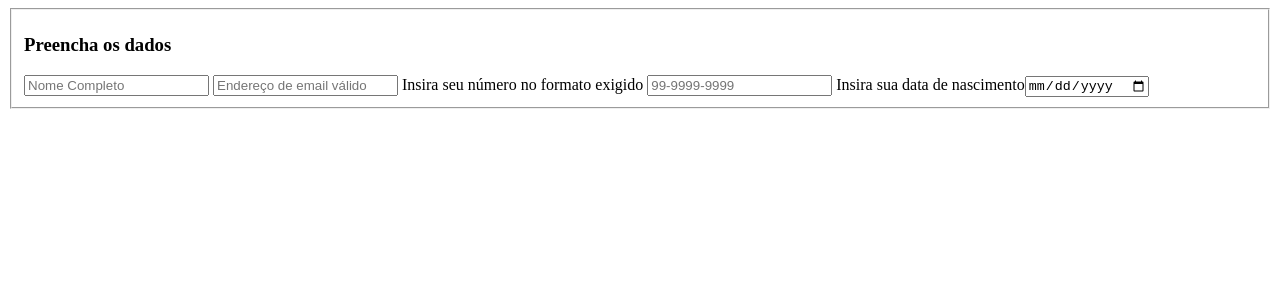
Repository: Leonngc/DEV-COLLEGE
Page: registration.html
These files come from the project's save history. The page is drawn as it stood at one moment and after a run of saves; the edit follows.
The browser window is 1280 px wide. The pictures show the whole page.

Above is the page before, as saved 2023-03-12 13:25:38.

After the next 2 saves:
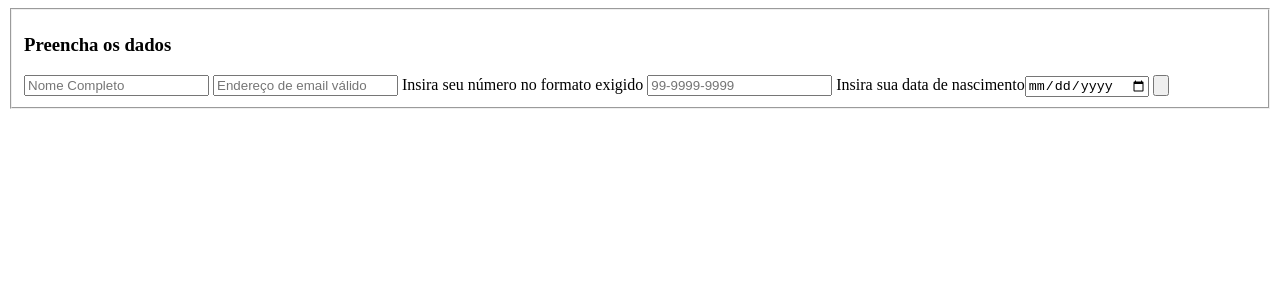
The 2 saves are shown as one change because they came seconds apart.
The last was saved 85 s later.
--- a/registration.html
+++ b/registration.html
@@ -21,6 +21,8 @@
               <label for="phone">Insira seu número no formato exigido</label>  <input type="tel" name="phone" id="phone" pattern="[0-9]{2}-[0-9]{4}-[0-9]{4}" required maxlength="13" placeholder="99-9999-9999">
 
                 <label for="birthday">Insira sua data de nascimento</label><input type="date" name="" id="birthday" required>
+
+                <input type="button" value="">
             </form>
         </fieldset>
     </main>
